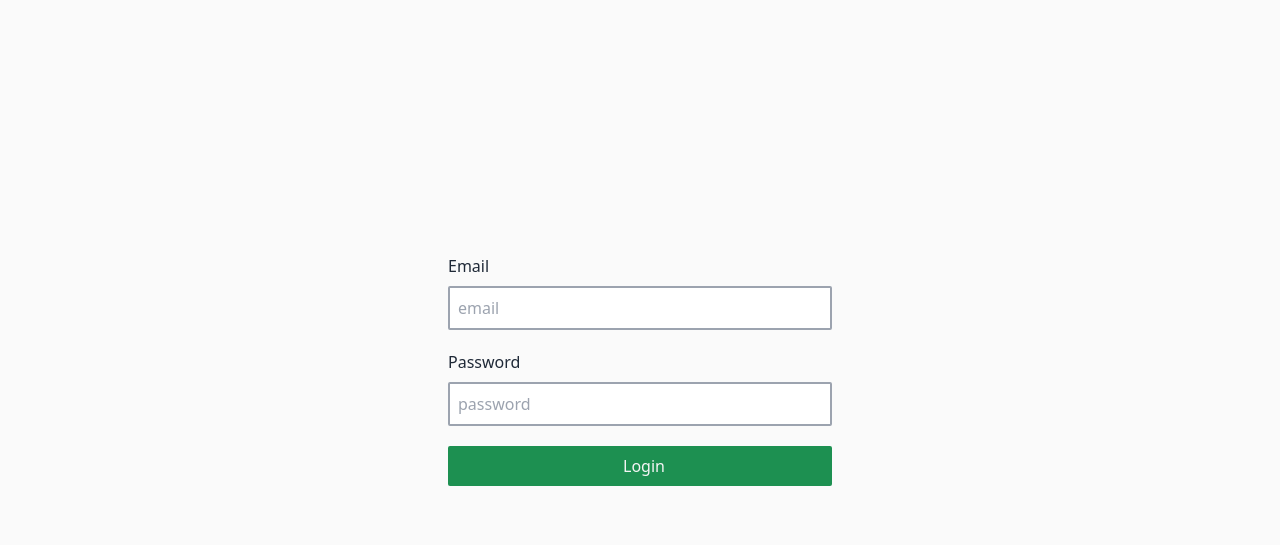
Repository: Sanaa00/Green-Exchange-AdminPanel
Page: /
The author's editor kept a copy of each file at every save. The page is drawn from the files as they stood at one save, then again after the next save.
The browser window is 1280 px wide. The pictures show the whole page.
The project was rebuilt for these pictures with package versions that can differ from the ones it lists, and the page was loaded fresh each time. Also part of the build but not shown: vite.config.js, src/Component/Pagination.jsx, src/Pages/HideProducts.jsx, src/features/products.jsx, src/Component/Loading.jsx, src/Pages/Products.jsx, src/Component/Logo.jsx, src/Component/Sidbar.jsx and 8 more.

Above is the page before, as saved 2024-01-29 20:55:51.

After the next save:
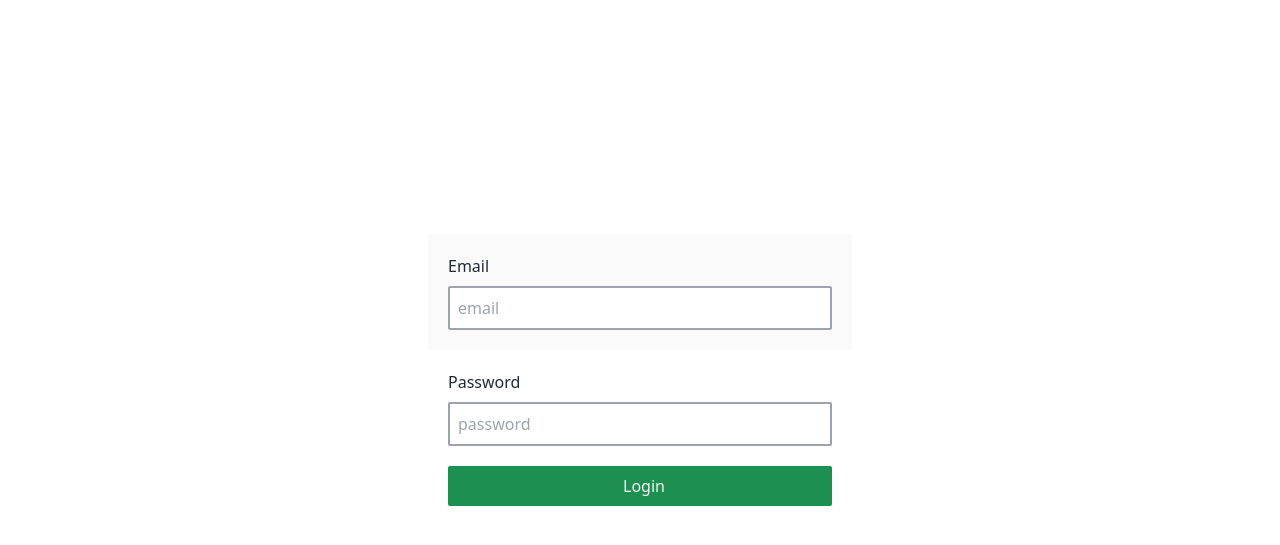
Saved 21 s later.
--- a/src/Pages/Login.jsx
+++ b/src/Pages/Login.jsx
@@ -35,8 +35,8 @@ function Login() {
     return <Navigate to="/sidbar" replace />;
 
   return (
-    <div className="flex flex-col text-gray-800 items-center justify-center h-screen bg-neutral-50 p-5">
-      <div className="mt-5 flex flex-col">
+    <div className="flex flex-col text-gray-800 items-center justify-center h-screen ">
+      <div className="mt-5 flex flex-col bg-neutral-50 p-5">
         <label htmlFor="Username">Email</label>
         <input
           id="email"
